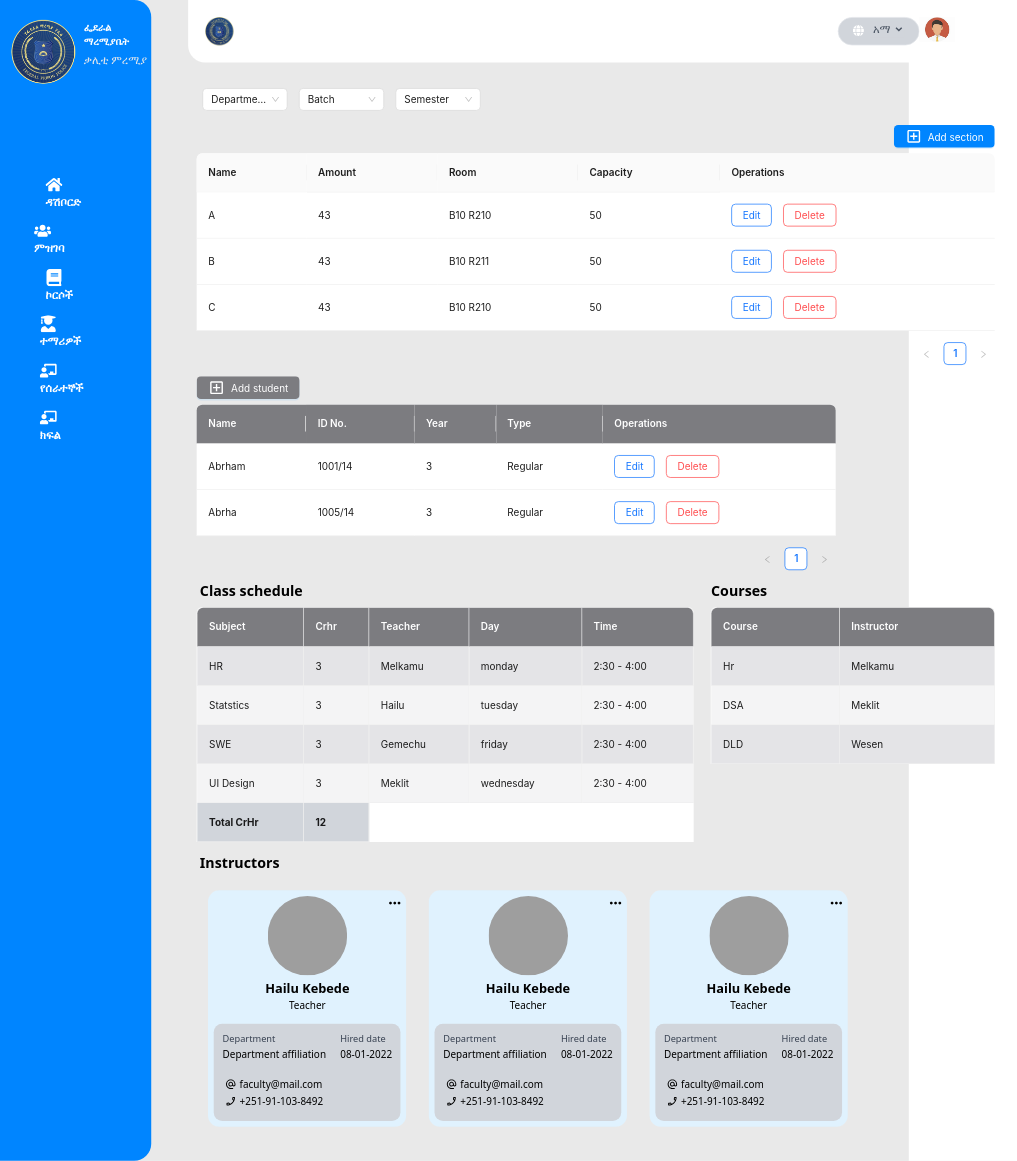
Repository: Yigoya/federal-prison-education-ms-frontend
Page: /classroom, after clicking the first element matching `td.ant-table-cell > a`
These files come from the project's save history. The page is drawn as it stood at one moment and after a run of saves; the edit follows.
The browser window is 1280 px wide. The page is 1433 px wide, so the pictures cover 1433 px, including what lies to the right of the window. The pictures show the whole page, at 71% of full size.
Pictures or frames that could not be fetched are drawn as grey boxes. The project was rebuilt for these pictures with package versions that can differ from the ones it lists, and the page was loaded fresh each time. Also part of the build but not shown: vite.config.js, src/pages/DashBoard.jsx, src/pages/Courses.jsx, src/layout/AuthLayout.jsx, src/pages/Login.jsx, src/pages/Teachers.jsx, src/pages/StudentRegistration.jsx, src/components/classroom/ComboBox.jsx and 1 more. Imported but missing from the stored project, and not drawn on this page: src/pages/Students.

Above is the page before, as saved 2024-07-05 15:15:33.

After the next 2 saves:
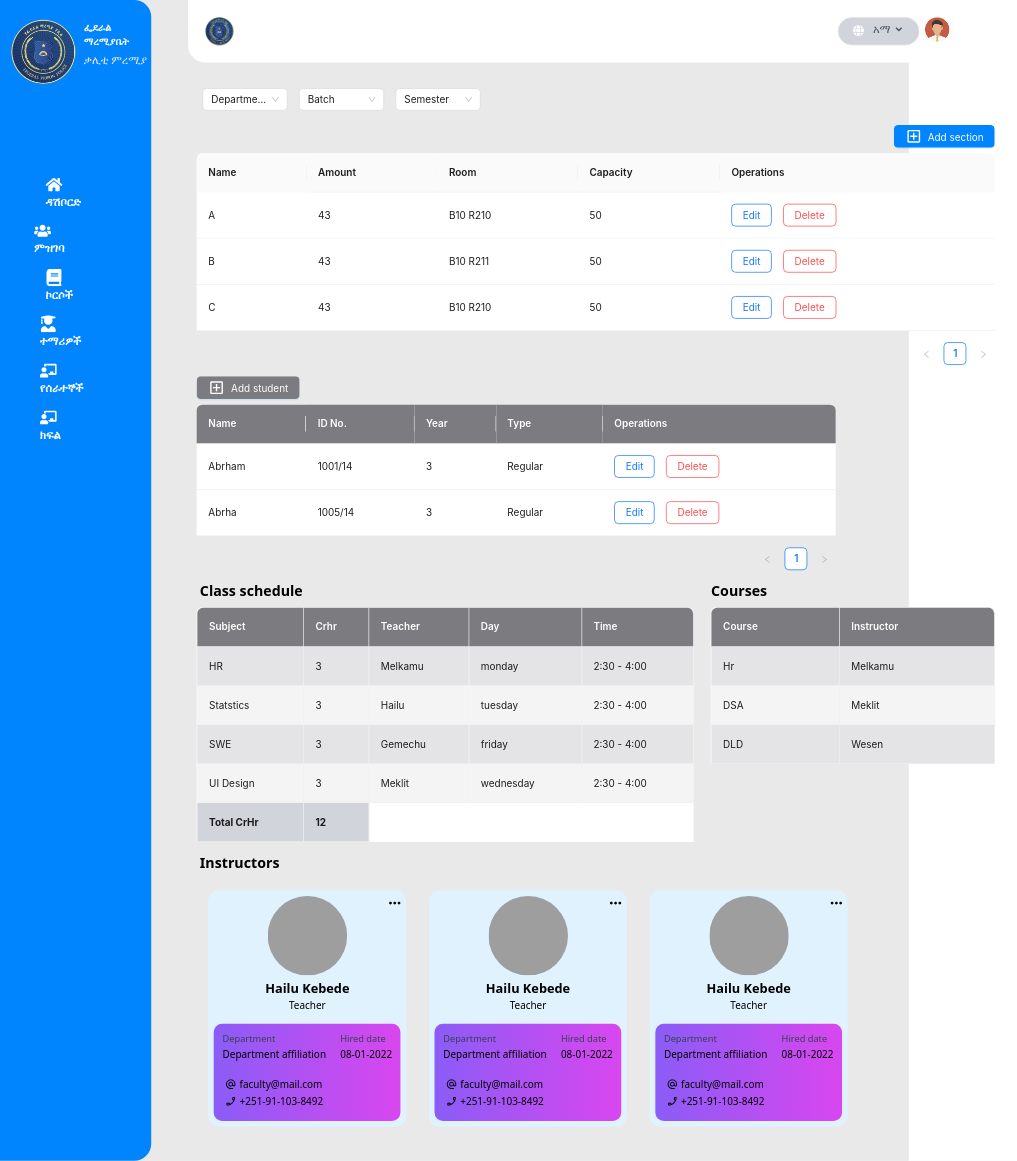
The 2 saves are shown as one change because they came seconds apart.
The last was saved 53 s later.
--- a/src/components/classroom/InstructorDetails.jsx
+++ b/src/components/classroom/InstructorDetails.jsx
@@ -23,7 +23,7 @@
       </div>
 
       {/* Additional info */}
-      <div className="bg-gray-300 rounded-xl w-full p-3 leading-3.5 mt-4">
+      <div className="bg-gradient-to-r from-violet-500 to-fuchsia-500 rounded-xl w-full p-3 leading-3.5 mt-4">
         <div className="flex gap-5">
           <div>
             <p className="text-[13px] text-gray-700">Department</p>
